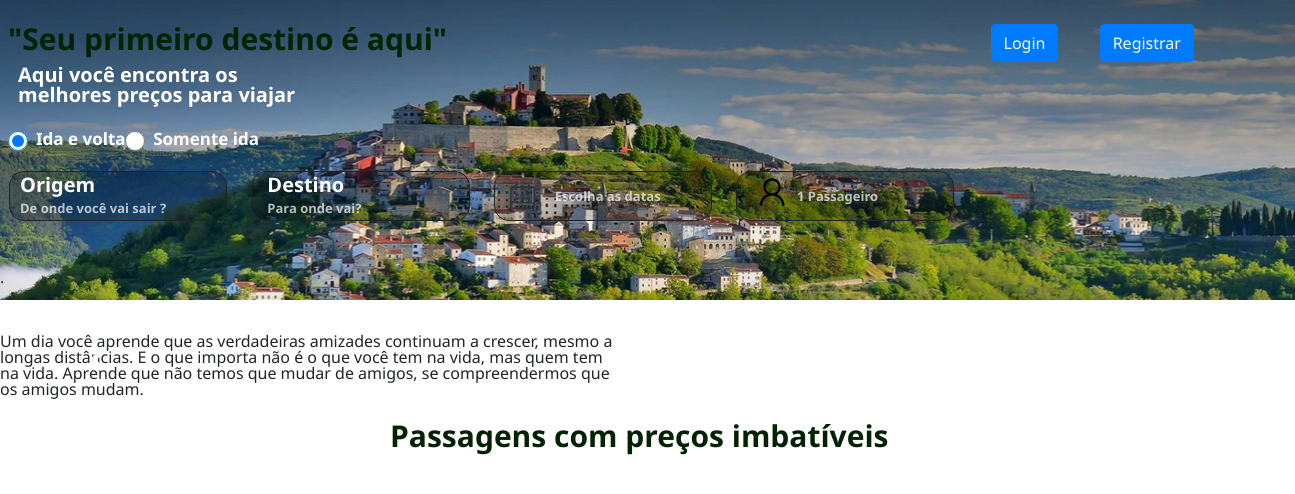
Repository: VictorFlay/Aplicacao-WEB
Page: http://localhost/ProjetoWeb/
An editor plug-in stored every save of this project. The page is shown before and after the next save, followed by the edit.
The browser window is 1280 px wide. The page is 1295 px wide, so the pictures cover 1295 px, including what lies to the right of the window. The pictures show the whole page.
Some web libraries are served in a nearby version. The page is served by Tomcat 9. Queries for data that is not in the repository find no rows.

Above is the page before, as saved 2021-07-14 19:11:01.

After the next save:
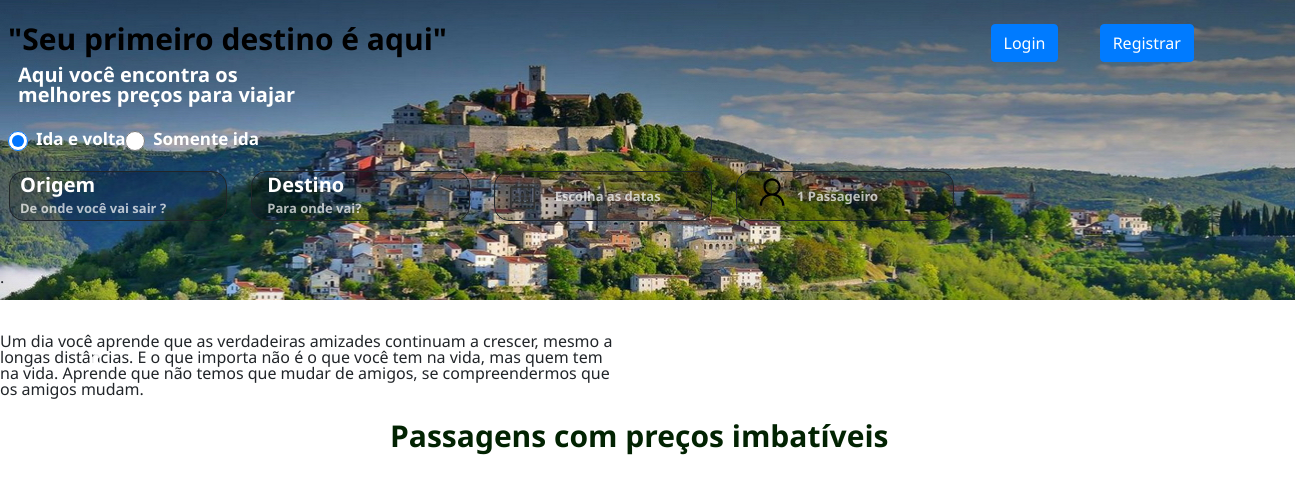
Saved 2 min 33 s later.
--- a/ProjetoWeb/WebContent/index.jsp
+++ b/ProjetoWeb/WebContent/index.jsp
@@ -287,7 +287,11 @@
 
 
 
-
+<script type="text/javascript">
+	$(document).ready(function(){
+		 $('#mensagem').css({'color': 'black'});
+	});
+</script>
 
 
 <script src="https://code.jquery.com/jquery-3.3.1.min.js" integrity="sha256-FgpCb/KJQlLNfOu91ta32o/NMZxltwRo8QtmkMRdAu8=" crossorigin="anonymous"></script>
